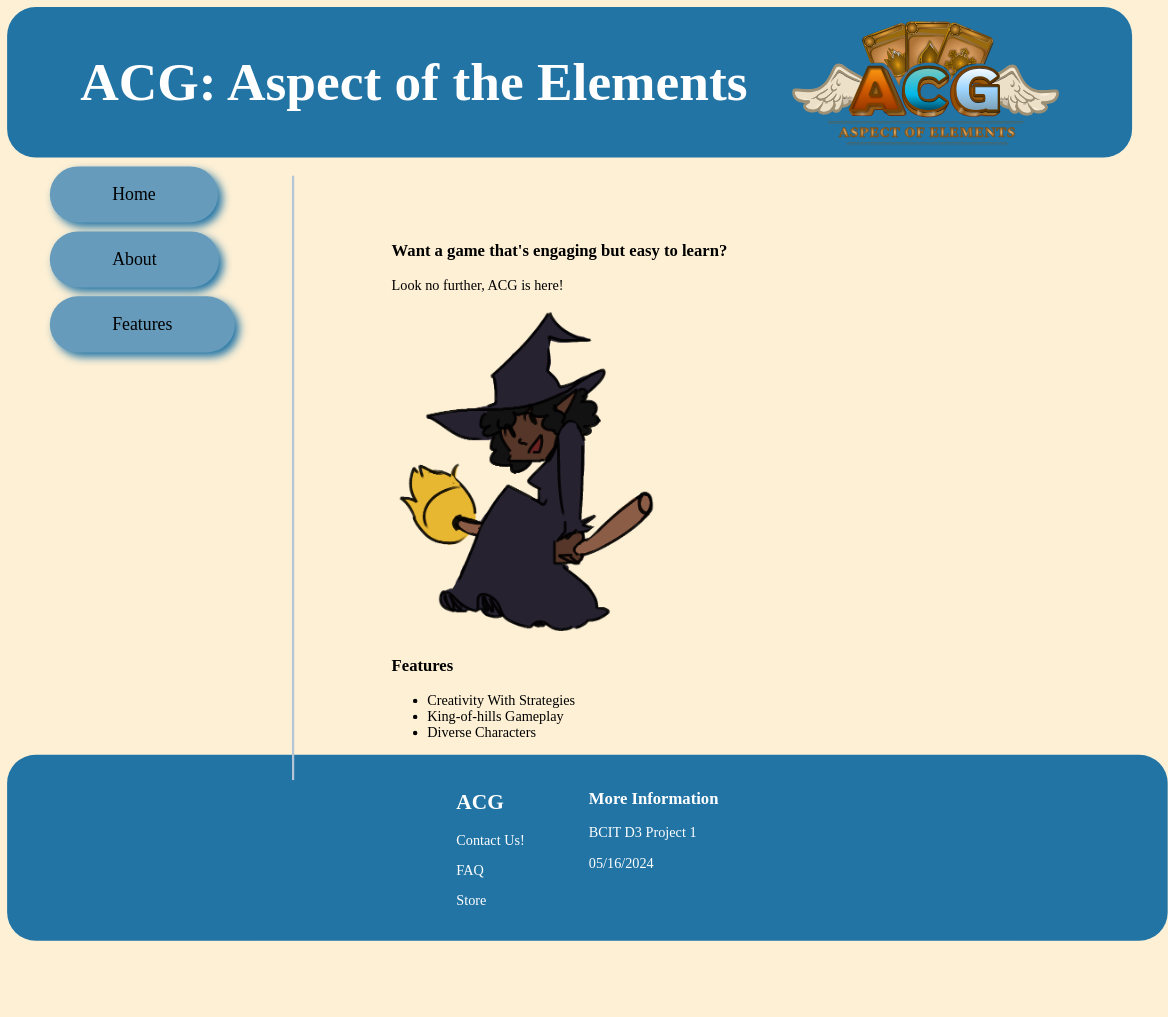
Repository: Delukalgh/ACG
Page: Features.html
These files come from the project's save history. The page is drawn as it stood at one moment and after the next save; the edit follows.
The browser window is 1280 px wide. The page is 1312 px wide, so the pictures cover 1312 px, including what lies to the right of the window. The pictures show the whole page, at 89% of full size.

Above is the page before, as saved 2024-05-15 15:38:54.

### Features.html
<!DOCTYPE html>
<html lang="en">

<head>
  <meta charset="UTF-8">
  <meta name="viewport" content="width=device-width, initial-scale=1.0">
  <meta http-equiv="X-UA-Compatible" content="ie=edge">
  <title>ACG Home Page</title>
  <link rel="stylesheet" href="features-style.css">
</head>

<body>
  <script src="index.js"></script>
  <div class="main-container">
    <div class="header-container">
      <h1 class="acg-header">ACG: Aspect of the Elements</h1>
      <img class="acg-logo" src="images/ACG-Logo.svg" alt="acg logo" style="width: 300px;" />
    </div>
    <div class="vertical-line"></div>

    <!--Side Menu-->
    <div class="buttons-container">
      <div class="button">
        <a class="link" href="index.html">
          <button class="about-page">Home</button>
        </a>
      </div>
    <div class="button">
      <a class="link" href="about.html">
        <button class="about-page">About</button>
      </a>
    </div>
    <div class="button">
      <a class="link" href="features.html">
        <button class="about-page">Features</button>
      </a>
    </div>
    </div>

    <!--Content-->
    <div class="features-container">
      <div class="content">
      <h3>Want a game that's engaging but easy to learn?</h3>
      <p>Look no further, ACG is here!</p>
        <img src="images/IllustrationWitchGirl.png" width="300px"/>


        <h3>Features</h3>
        <ul>
          <li>Creativity With Strategies</li>
          <li>King-of-hills Gameplay</li>
          <li>Diverse Characters</li>
        </ul>
      </div>
    </div>

    <!--Footer-->
    <div class="footer-container">
      <div class="footer-group-1">
        <h2>ACG</h2>
        <p>Contact Us!</p>
        <p>FAQ</p>
        <p>Store</p>
      </div>

      <div class="footer-group-2">
        <h3>More Information</h3>
        <p>BCIT D3 Project 1</p>
        <p>05/16/2024</p>
      </div>
    </div>
  </div>
</body>

</html>

### features-style.css
body {
  background-color: #FDF0D5;
}

.main-container {
  position: relative;
  min-height: 100vh;
}
.header-container {
  display: flex;
  background-color: #2274A5;
  padding: 10px;
  justify-content: center;
  border-radius: 32px;
}

.acg-header {
  color: white;
  font-family: cursive;
  font-size: 60px;
}

.acg-logo {
  display: flex;
  margin-left: 50px;
}

.vertical-line {
  border-left: 3px solid #B3C5D7;
  height: 42.5em;
  position:absolute;
  margin-left: 20em;
  border-radius: 32px;
  margin-top: 20px;
}
.buttons-container {
  width: fit-content;
}
.button {
  display: flex;
  justify-content: center;
  margin-top: 10px;
  justify-content: left;
  margin-left: 3em;
}

.about-page {
  display: flex;
  background-color: #669BBC;
  padding: 20px 70px;
  border-radius: 32px;
  border: none;
  font-size: 20px;
  font-family: cursive;
  box-shadow: 5px 5px 10px #2274A5;
  cursor: pointer;
}

.link {
  text-decoration: none;
}

.footer-container {
  display: flex;
  background-color: #2274A5;
  padding: 20px;
  justify-content: center;
  border-radius: 32px;

  width: 100%;
  color: white;
  font-family: cursive;
}

.footer-group-1 {
margin-right: 10vh;
height: 100%;
}

.features-container {
  margin-left: 60vh;
  position:relative;
  margin-top: -20vh;

}

Loaded but not shown: index.js (no stored copy; drawn as an empty file)

After the next save:
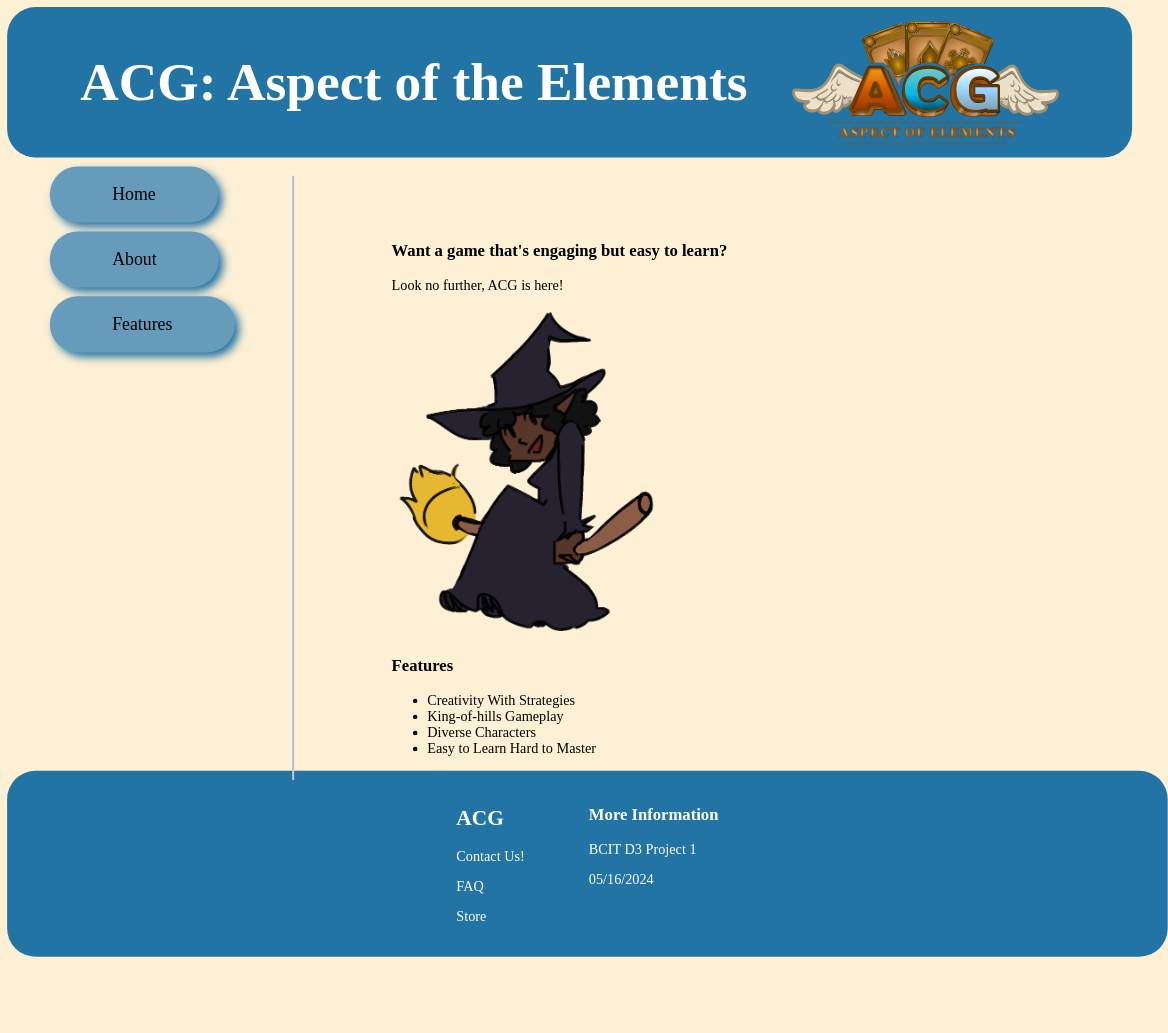
Saved 37 s later.
--- a/Features.html
+++ b/Features.html
@@ -50,6 +50,7 @@
           <li>Creativity With Strategies</li>
           <li>King-of-hills Gameplay</li>
           <li>Diverse Characters</li>
+          <li>Easy to Learn Hard to Master</li>
         </ul>
       </div>
     </div>
